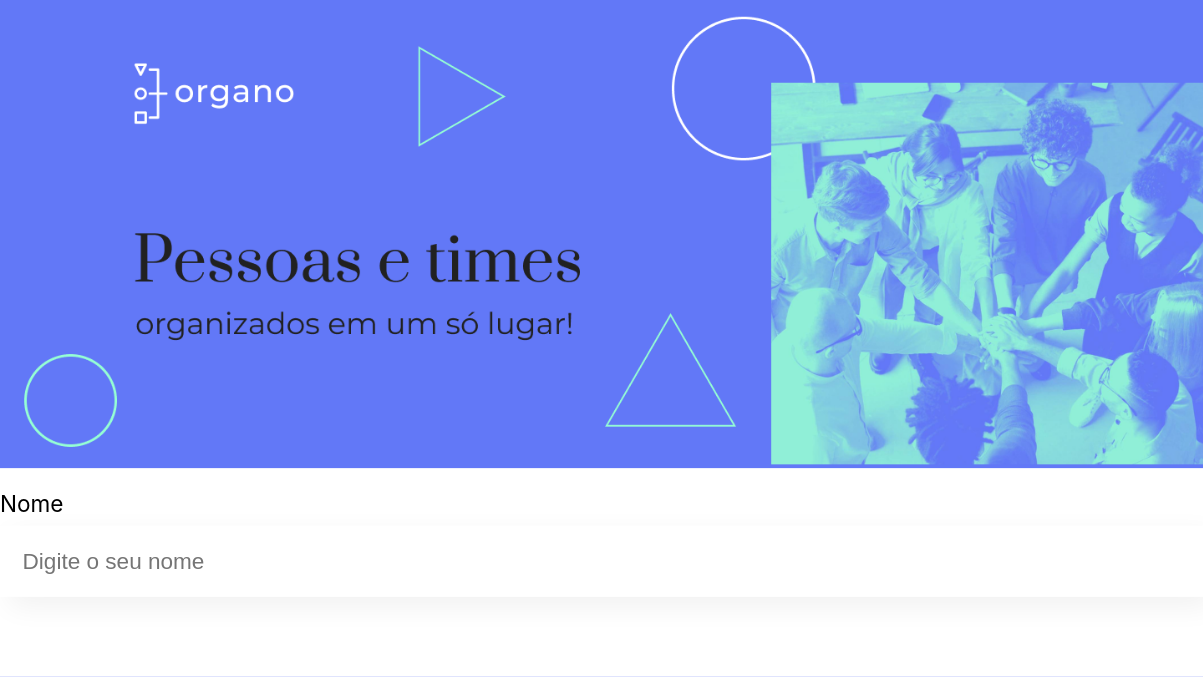
Repository: devMuriloOliveira/organo
Page: /
An editor plug-in stored every save of this project. The page is shown before and after the next save, followed by the edit.
The browser window is 1280 px wide. The pictures show the whole page, at 94% of full size.
The project was rebuilt for these pictures with package versions that can differ from the ones it lists, and the page was loaded fresh each time.

Above is the page before, as saved 2023-01-10 18:29:38.

### src/App.js

import Banner from './componentes/Banner/Banner'
import CampoTexto from './componentes/CampoTexto'

function App() {
  return (
    <div className="App">
      <Banner/>
      <CampoTexto/>
    </div>
  )
}

export default App

### src/componentes/Banner/Banner.js
import './Banner.css'

function Banner() {
  return (
    <header className="banner">
      <img src="/imagens/banner.png" alt="O banner principal da pagina Organo"/>
    </header>


    )

}

export default Banner

### src/componentes/CampoTexto/index.js
import './CampoTexto.css'

const CampoTexto = () =>{
  return(
    <div className="campo-texto">
      <label>Nome</label>
      <input placeholder='Digite o seu nome'/>
    </div>
  )
}

export default CampoTexto

### src/componentes/Banner/Banner.css
.banner {
  background-color: #6278F7;
  text-align: center;
}

.banner img {
  max-width: 100%;
}

### src/componentes/CampoTexto/CampoTexto.css
.campo-texto {
  margin: 24px 0;
}

.campo-texto label {
  display: block;
  margin-bottom: 8px;
  font-size: 24px;
}

.campo-texto input {
  background-color: #fff;
  box-shadow: 10px 10px 30px rgba(0, 0, 0, 0.06);
  width: 100%;
  border: none;
  font-size: 24px;
  padding: 24px;
  box-sizing: border-box;
}

Loaded but not shown: public/index.html (common file); src/index.js (common file); src/index.css (common file)

After the next save:
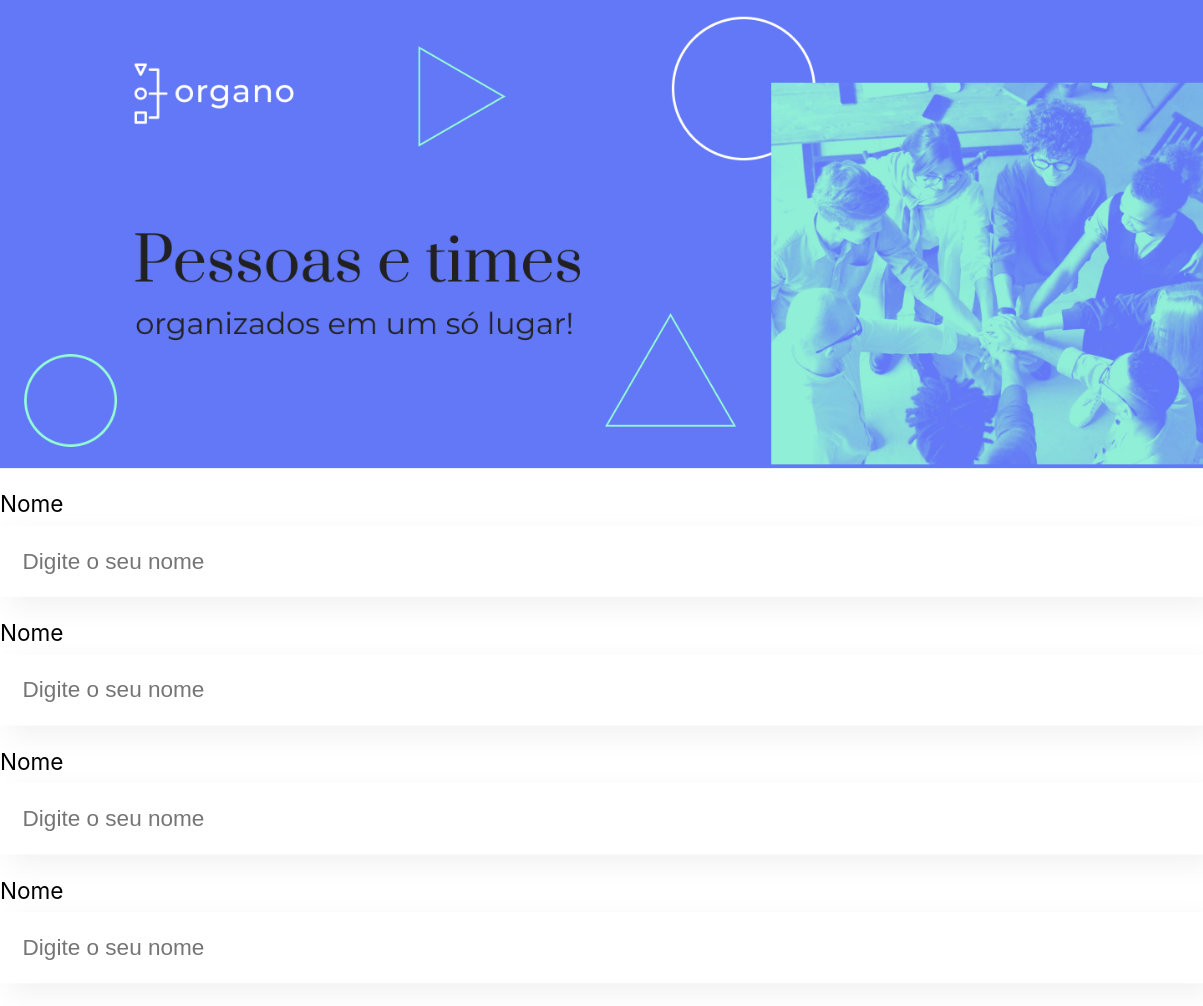
Saved 108 s later.
--- a/src/App.js
+++ b/src/App.js
@@ -6,7 +6,11 @@ function App() {
   return (
     <div className="App">
       <Banner/>
-      <CampoTexto/>
+      <CampoTexto label="Nome"/>
+      <CampoTexto label="Nome"/>
+      <CampoTexto label="Nome"/>
+      <CampoTexto label="Nome"/>
+
     </div>
   )
 }
